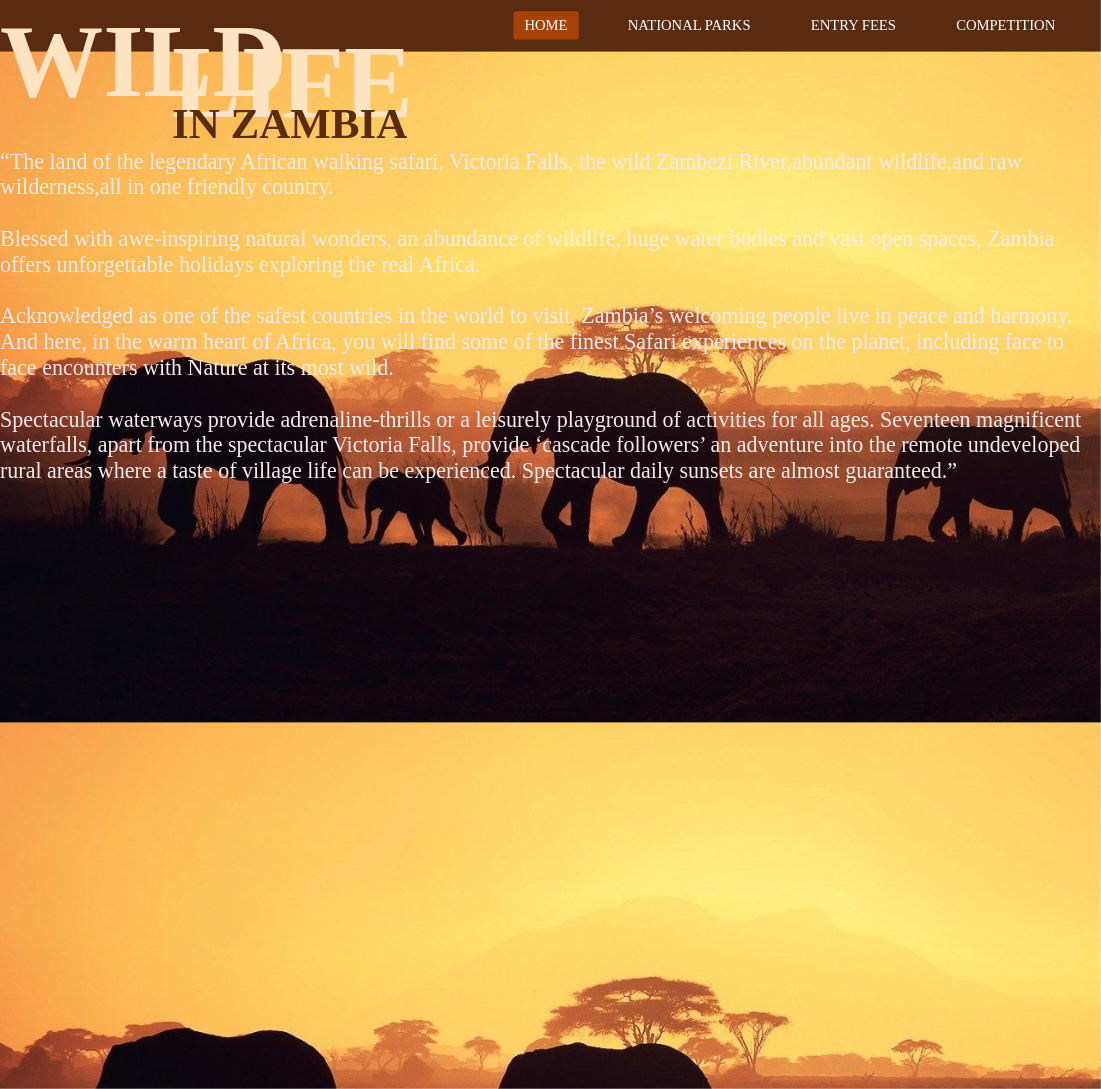
Repository: Lungdjos/web_assignment_3rd_yr
Page: home/index.html
An editor plug-in stored every save of this project. The page is shown before and after the next save, followed by the edit.
The browser window is 1280 px wide. The pictures show the whole page, at 86% of full size.
Some web libraries are served in a nearby version.

Above is the page before, as saved 2021-06-18 15:27:54.

After the next save:
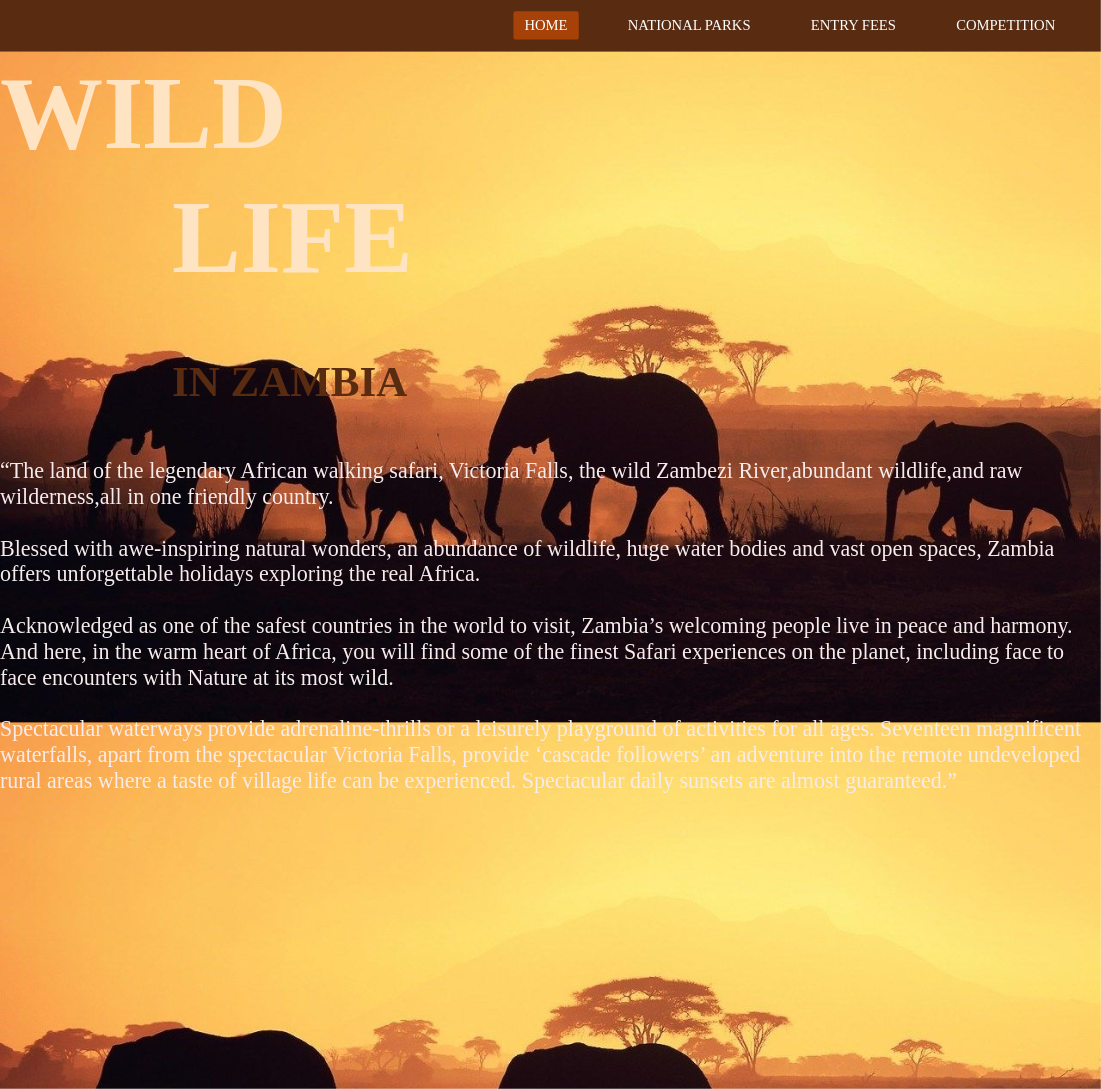
Saved 6 s later.
--- a/home/index.css
+++ b/home/index.css
@@ -151,7 +151,7 @@
     .welcome {
         color: bisque;
         font-size: 120px;
-        line-height: 0.2em;
+        line-height: 1.2em;
     }
 
     strong#01 {
